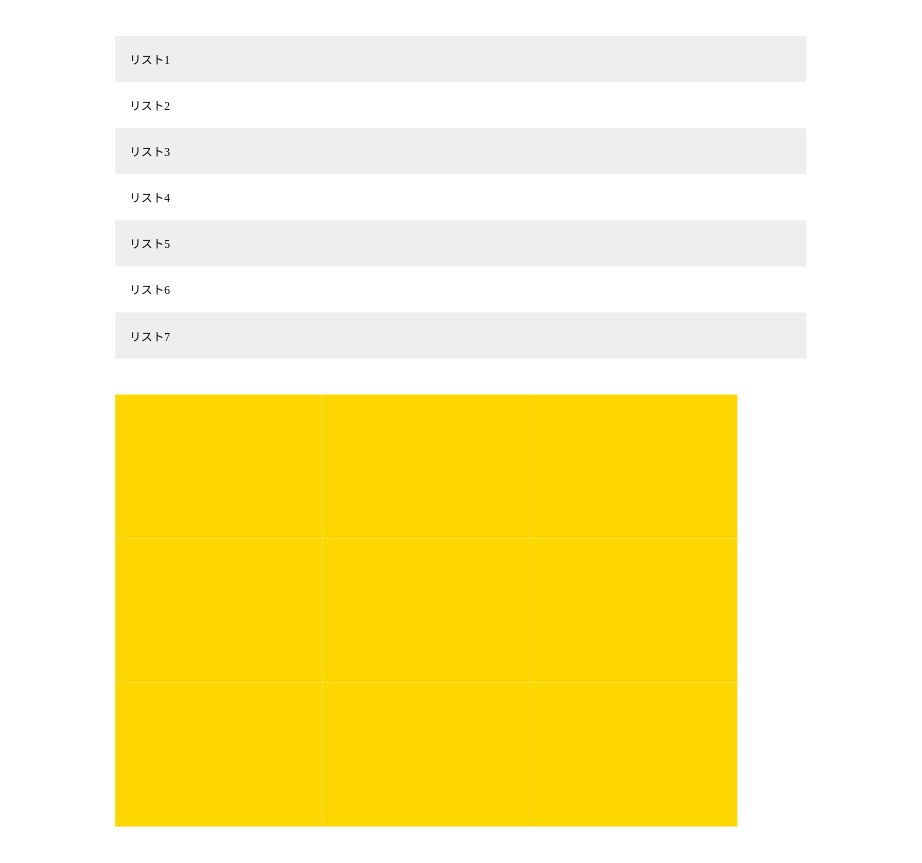
Repository: ryo32sun/Html-Practice
Page: practice/chapter8.html
The author's editor kept a record of every edit. The page is drawn from the files as they stood at one moment, then again after the next edit.
The browser window is 1280 px wide. The pictures show the whole page, at 72% of full size.

Above is the page before.

### practice/chapter8.html
<!DOCTYPE html>
<html lang="ja">
  <head>
    <meta charset="UTF-8">
    <link rel="stylesheet" href="chapter8.css">
    <title>Chapter8</title>
  </head>

  <div class="list-box">
    <p class="list">リスト1</p>
    <p class="list">リスト2</p>
    <p class="list">リスト3</p>
    <p class="list">リスト4</p>
    <p class="list">リスト5</p>
    <p class="list">リスト6</p>
    <p class="list">リスト7</p>
  </div>

  <div class="block-box">
    <div class="block"></div>
    <div class="block"></div>
    <div class="block"></div>
    <div class="block"></div>
    <div class="block"></div>
    <div class="block"></div>
    <div class="block"></div>
    <div class="block"></div>
    <div class="block"></div>
  </div>

</html>

### practice/chapter8.css
* {
  padding: 0;
  margin: 0;
  box-sizing: border-box;
}

.list-box {
  width: 960px;
  margin:50px auto;
}

.list {
  padding: 20px 0 20px 20px;
}

.list:nth-child(odd) {
  background-color: #eee;
}

.block-box {
  width:960px;
  padding-bottom: 50px;
  margin: 0 auto;
  display: flex;
  flex-wrap: wrap;
}

.block {
  background-color: #ffd700;
  width:30%;
  height: 200px;
  width: 30%;
}

After the next edit:
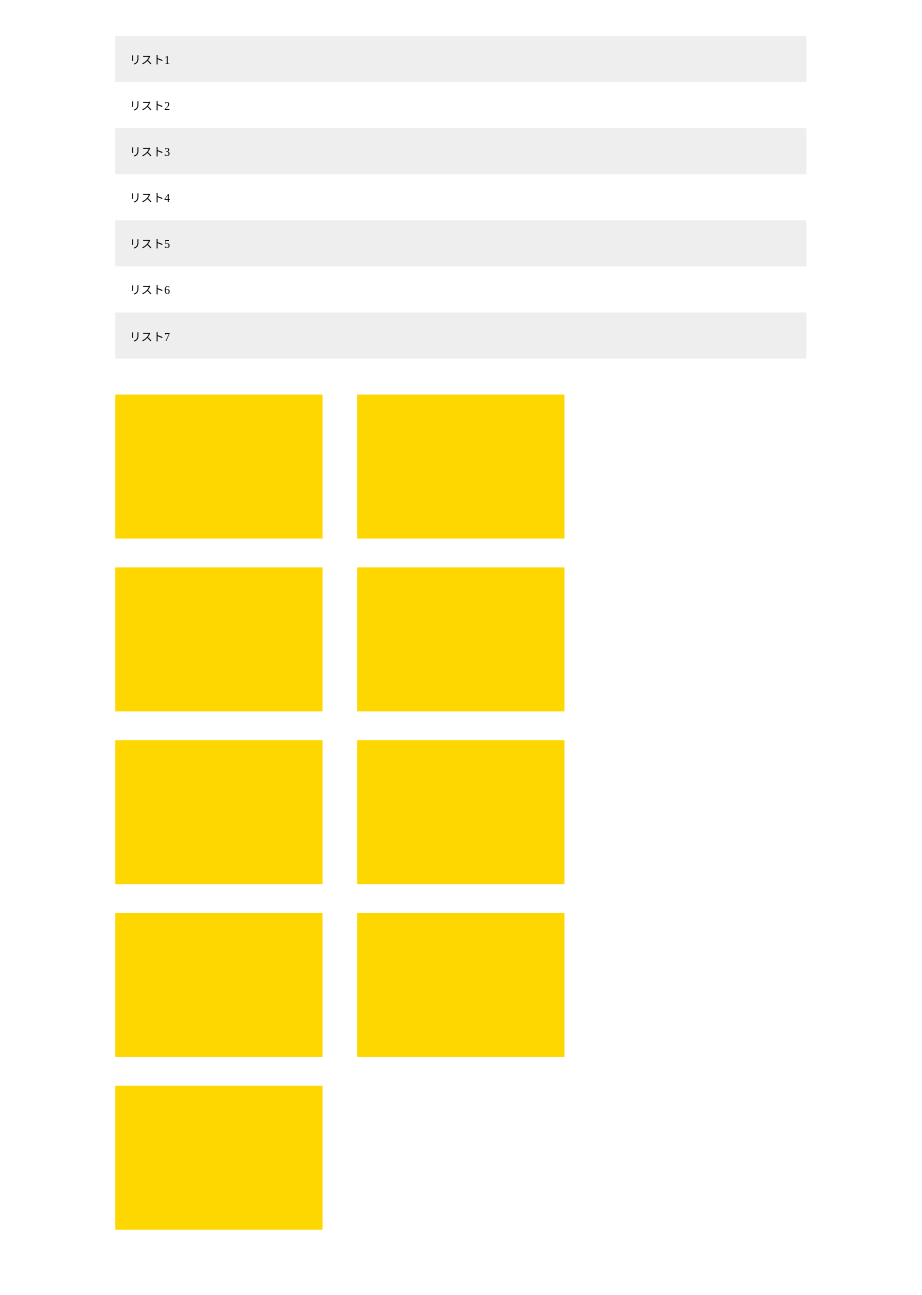
The edit:
--- a/practice/chapter8.css
+++ b/practice/chapter8.css
@@ -29,5 +29,6 @@
   background-color: #ffd700;
   width:30%;
   height: 200px;
-  width: 30%;
+  margin-right:5%;
+  margin-bottom:40px;
 }
